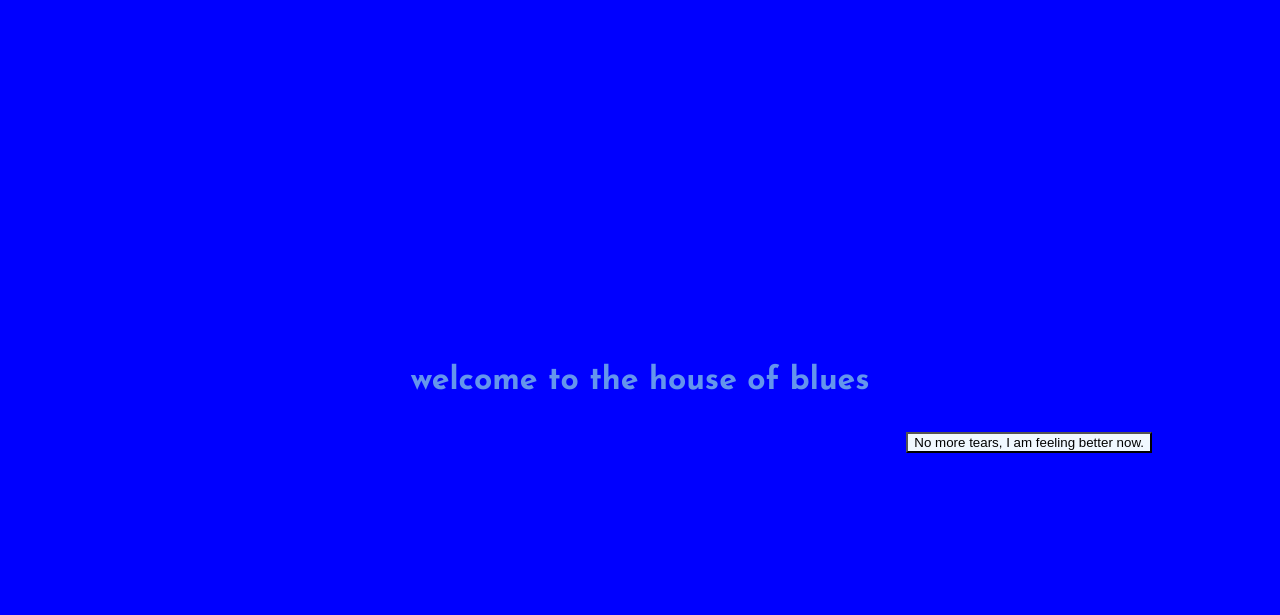
Repository: olivia-clarkeedwards/house-of-blues
Page: index.html
The author's editor kept a copy of each file at every save. The page is drawn from the files as they stood at one save, then again after a run of saves.
The browser window is 1280 px wide. The pictures show the whole page.

Above is the page before, as saved 2023-02-16 12:44:52.

### index.html
<!DOCTYPE html>
<html>
  <head>
    <title>house of blues</title>
    <link rel="stylesheet" href="main.css">
    <link rel="preconnect" href="https://fonts.googleapis.com">
    <link rel="preconnect" href="https://fonts.gstatic.com" crossorigin>
    <link href="https://fonts.googleapis.com/css2?family=Josefin+Sans:wght@700&display=swap" rel="stylesheet">
  </head>
  <body id = 'background'>
      <h1 id = 'main-title'>welcome to the house of blues</h1>
      <p id="audio"></p>
      <button>No more tears, I am feeling better now.</button>
  </body>
  <script src="index.js" type="text/javascript"></script>
</html>

### main.css
body {
  color: cornflowerblue;
  background-color: blue;
  margin: 0;
  padding: 0;
  height: 100%;
  width: 100%;
  font-family: "Josefin Sans", sans-serif;
}

* {
  box-sizing: border-box;
}

h1 {
  position: absolute;
  top: 50%;
  left: 50%;
  transform: translate(-50%, -50%);
  user-select: none;
}

p {
  display: hidden;
}

button {
  position: absolute;
  top: 60%;
  right: 10%;
  background-color: aliceblue;
}

.drop {
  width: 20px;
  height: 20px;
  position: fixed;
  border-radius: 80% 0 55% 50% / 55% 0 80% 50%;
  z-index: -1;
  top: -1vh;
  font-size: 2rem;
  background-color: rgba(0, 255, 255, 0.406);
  transform: translateY(0);
  animation: fall 10s linear forwards;
  transform: rotate(-45deg);

  /* Remove ability to highlight drops */
  -webkit-touch-callout: none;
  -webkit-user-select: none;
  -khtml-user-select: none;
  -moz-user-select: none;
  -ms-user-select: none;
  user-select: none;
}

@keyframes fall {
  to {
    transform: translateY(101vh);
  }
}

### index.js
/*--------------------------------------/
    Welcome to the house of blues
/--------------------------------------*/
// Copyright 2023 Olivia Clarke-Edwards. //

const mainTitle = document.getElementById('main-title')
const background = document.getElementById('background')
const audioBG = document.getElementById('audio')

let count = 0
const featureTime = 3
const numEggs = 2 //to add a feature, increment this number by 1 and add feature to blueEasterEgg function in the switch statement

document.onclick = changeBlues

function changeBlues() {
  mainTitle.style.color = getRandomBlueColor()
  background.style.backgroundColor = getRandomBlueColor()
  if (count == featureTime) {
    blueEasterEgg()
    count = 0
  }
  count++
}

function getRandomBlueColor() {
  let hue = Math.floor(Math.random() * 30 + 185)
  let saturation = Math.floor(Math.random() * 60 + 40)
  let lightness = Math.floor(Math.random() * 60 + 20)
  return `hsl(${hue}, ${saturation}%, ${lightness}%)`
}

function blueEasterEgg() {
  let randomEgg = getRandom(numEggs)
  console.log(randomEgg);
  switch (randomEgg) {
    case 0:
      heyBaby()
      if (mainTitle.innerHTML === "let those teardrops fall") {
        setInterval(generateTearDrops, 200);

      }
      break
    case 1:
      heyBaby()
      if (mainTitle.innerHTML === "let those teardrops fall") {
        setInterval(generateTearDrops, 200);
      }
      ettaJ()
      break
  }
  //add extra features here
}

function getRandom(max) {
  return Math.floor(Math.random() * max)
}

const sayingsArray = [
  'let it out',
  "hey baby, don't worry,<br> it ain't nothing but the blues",
  'let those teardrops fall',
  'just cry, darling',
]

function heyBaby() {
  mainTitle.innerHTML = sayingsArray[getRandom(sayingsArray.length)]
}

function ettaJ() {
  if (!audioBG.classList.contains('etta')) {
    let ettaJames =
      '<audio autoplay loop src="etta-james-id-rather-go-blind.wav" type="audio/wav" alt="Etta James - I\'d Rather Go Blind">No Sound</audio>'
    audioBG.innerHTML = ettaJames
    audioBG.classList.add('etta')
  }
}

function generateTearDrops (params) {
  const drop = document.createElement("div");
  drop.classList.add("drop")
  drop.style.left = Math.random() * 100 + "vw";
  drop.style.animationDuration =  Math.random() * 2 + 2 + "s"
  document.body.appendChild(drop)

}

After the next 2 saves:
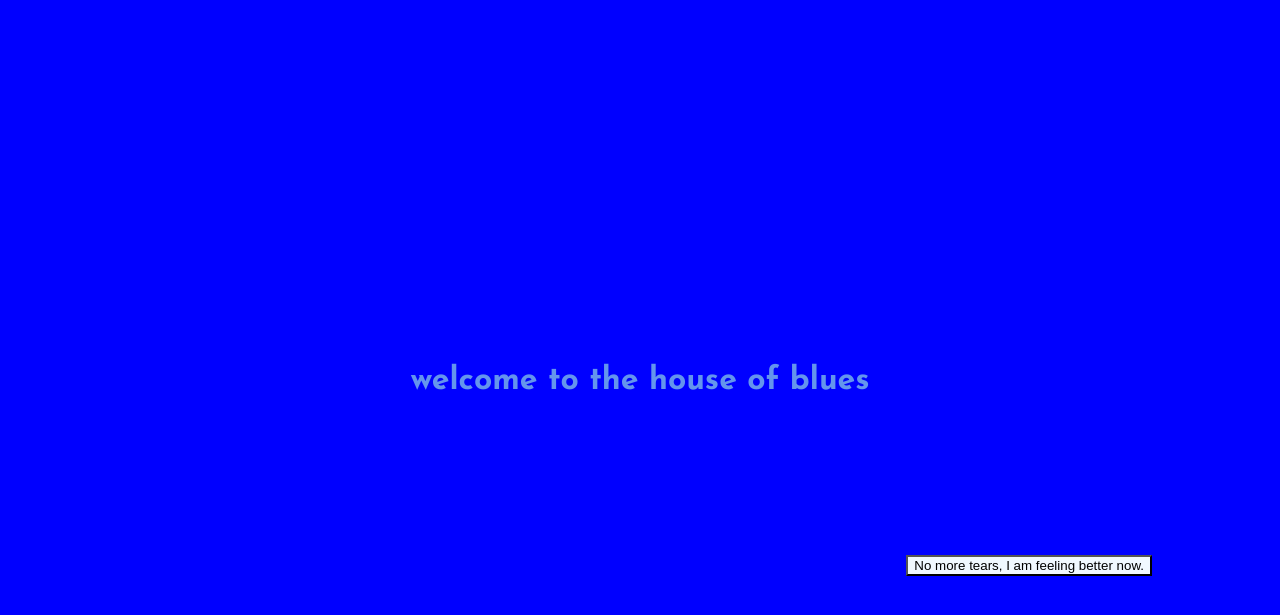
The 2 saves are shown as one change because they came seconds apart.
The last was saved 12 s later.
--- a/main.css
+++ b/main.css
@@ -26,7 +26,7 @@
 
 button {
   position: absolute;
-  top: 60%;
+  bottom: 20%;
   right: 10%;
   background-color: aliceblue;
 }
